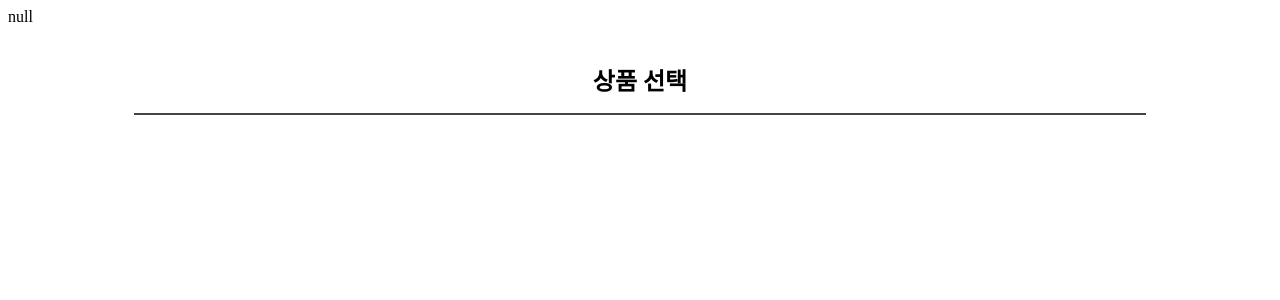
Repository: kiyongee2/space_jspworks
Page: http://localhost/jweb01/cart/selProduct.jsp
The author's editor kept a copy of each file at every save. The page is drawn from the files as they stood at one save, then again after the next save.
The browser window is 1280 px wide. The pictures show the whole page.
The page is served by Tomcat 10.

Above is the page before, as saved 2025-10-13 03:10:35.

After the next save:
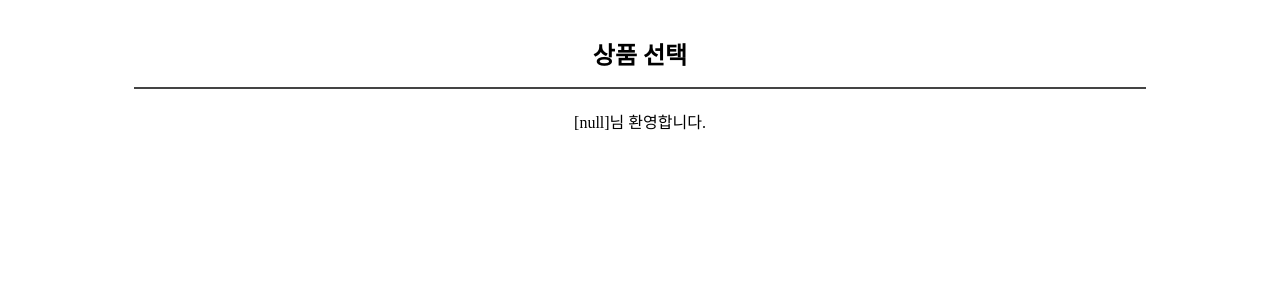
Saved 3 min 21 s later.
--- a/jweb01/src/main/webapp/cart/selProduct.jsp
+++ b/jweb01/src/main/webapp/cart/selProduct.jsp
@@ -13,13 +13,15 @@
 <%
 	//입력된 이름 받아오기
 	String name = request.getParameter("username");
-	out.println(name);
+	//out.println(name);
+	//세션 발급
+	session.setAttribute("sessionName", name);
 %>
 
 <body>
 	<section id="container">
 		<h2>상품 선택</h2>
-
+		<p>[<%=session.getAttribute("sessionName") %>]님 환영합니다.</p>
 	</section>
 </body>
 </html>
